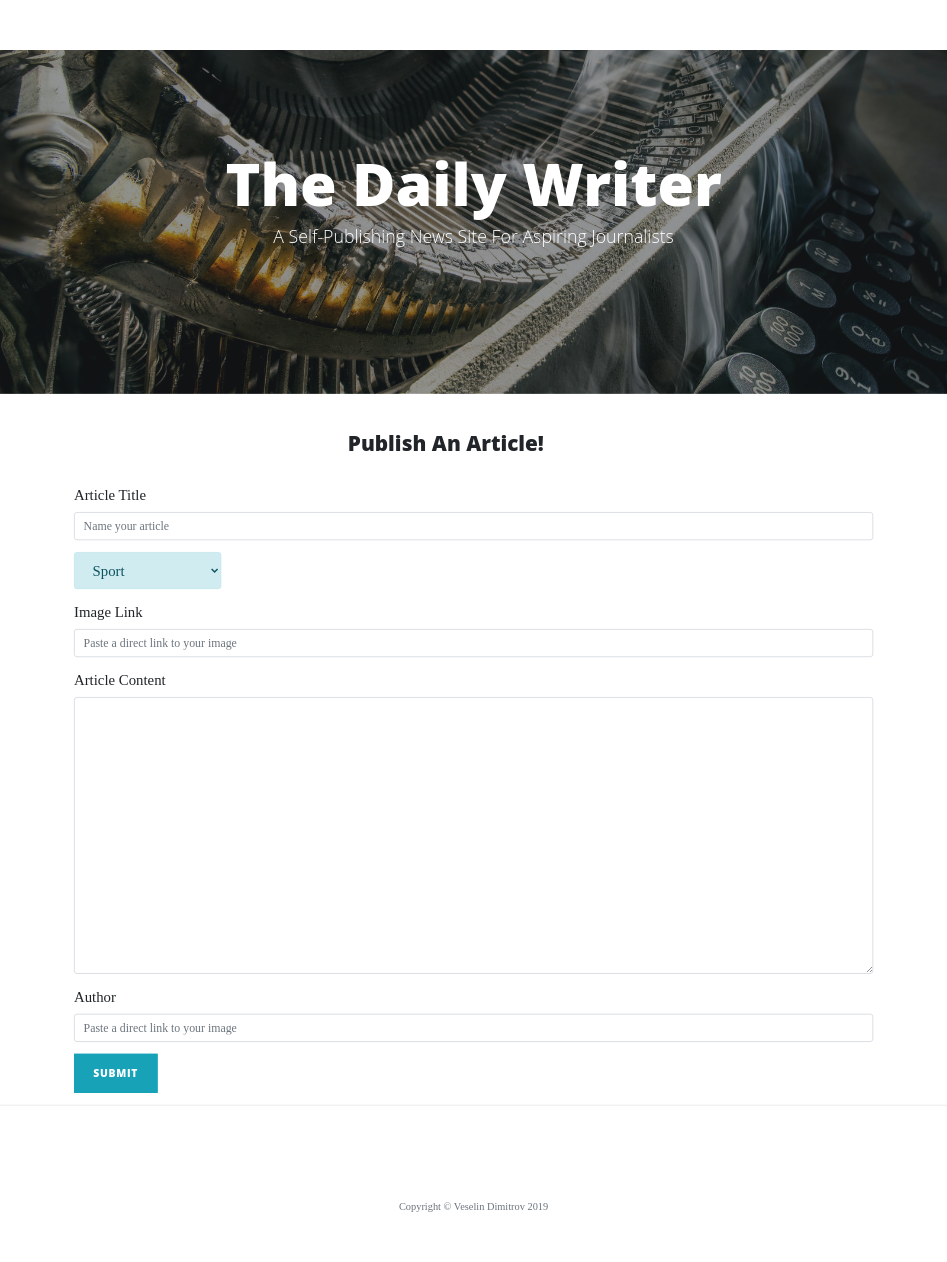
Repository: Vesss/Blog-Project
Page: http://localhost/post
The author's editor kept a record of every edit. The page is drawn from the files as they stood at one moment, then again after the next edit.
The browser window is 1280 px wide. The pictures show the whole page, at 74% of full size.
The page is served by the project's application, run on Flask 3 (app.py). Other server files are loaded and not shown.

Above is the page before.

### templates/post.html
{% extends 'base.html' %} {{ mongo.db.getCollectionNames() }} {% block content %}

<div class="container">
    <div class="row justify-content-center">
        <h3 class="col-sm-4">Publish An Article!</h3>
    </div>
</div>

<br />

<div class="container">
    <div class="row">
        <form action="" method="POST" class="col-sm-12">
            <div class="form-group">
                <label for="article">Article Title</label>
                <input type="text" class="form-control" placeholder="Name your article" name="title">
            </div>
            <!--<div class="dropdown form-group">-->
            <!--    <button class="btn btn-secondary dropdown-toggle" type="button" id="dropdownMenuButton" data-toggle="dropdown" aria-haspopup="true" aria-expanded="false">Category</button>-->
            <!--    <div class="dropdown-menu" aria-labelledby="dropdownMenuButton" id="category" name="category">-->
            <!--        <option class="dropdown-item" disabled>Select a category</option>-->
            <!--        <option name="sport">Sport</option>-->
            <!--        <option name="general_news">General News</option>-->
            <!--        <option name="health">Health</option>-->
            <!--        <option name="technology">Technology</option>-->
            <!--        <option name="fashion">Fashion</option>-->
            <!--    </div>-->
            <!--</div>-->

            <select name="category" class="alert alert-info">
                <option class="dropdown-item" disabled>Select a category</option>
                <option value="sport">Sport</option>
                <option value="general_news">General News</option>
                <option value="health">Health</option>
                <option value="technology">Technology</option>
                <option value="fashion">Fashion</option>
            </select>

            <div class="form-group">
                <label for="image">Image Link</label>
                <input type="text" class="form-control" placeholder="Paste a direct link to your image" name="url">
            </div>
            <div class="form-group">
                <label for="exampleFormControlTextarea1">Article Content</label>
                <textarea class="form-control" id="exampleFormControlTextarea1" rows="15" name="content"></textarea>
            </div>
            <div class="form-group">
                <label for="image">Author</label>
                <input type="text" class="form-control" placeholder="Paste a direct link to your image" name="author">
            </div>
            <button type="submit" class="btn btn-info">Submit</button>
        </form>
    </div>
</div>
{% endblock %}

### templates/base.html
<!DOCTYPE html>
<html lang="en">
<head>
    <meta charset="UTF-8">
    <meta name="viewport" content="width=device-width, initial-scale=1.0">
    <meta http-equiv="X-UA-Compatible" content="ie=edge">
    <link rel="stylesheet" href="{{ url_for('static', filename='vendor/bootstrap/css/bootstrap.min.css') }}" type="text/css" />
    <link rel="stylesheet" href="{{ url_for('static', filename='css/clean-blog.min.css') }}" type="text/css" />
    <link rel="stylesheet" href="{{ url_for('static', filename='css/style.css') }}" type="text/css" />
    <title>The Daily Writer</title>
</head>
<body>
    <nav class="navbar navbar-expand-lg navbar-light fixed-top" id="mainNav">
    <div class="container">
      <a class="navbar-brand" href="{{ url_for('index') }}">The Daily Writer</a>
      <button class="navbar-toggler navbar-toggler-right" type="button" data-toggle="collapse" data-target="#navbarResponsive" aria-controls="navbarResponsive" aria-expanded="false" aria-label="Toggle navigation">
        Menu
        <i class="fas fa-bars"></i>
      </button>
      <div class="collapse navbar-collapse" id="navbarResponsive">
        <ul class="navbar-nav ml-auto">
          <li class="nav-item">
            <a class="nav-link" href="{{ url_for('index') }}">Home</a>
          </li>
          <li class="nav-item">
            <a class="nav-link" href="{{ url_for('about') }}">About</a>
          </li>
          <li class="nav-item">
            <a class="nav-link" href="{{ url_for('post') }}">Post</a>
          </li>
          <li class="nav-item">
            <a class="nav-link" href="{{ url_for('contact') }}">Contact Us</a>
          </li>
          <li class="nav-item">
            <a class="nav-link" href="{{ url_for('articles') }}">Articles</a>
          </li>
        </ul>
      </div>
    </div>
  </nav>

  <!-- Page Header -->
  <header class="masthead" style="background-image: url('{{ url_for('static', filename='img/the_engine_of_history.jpg') }}')">
    <div class="overlay"></div>
    <div class="container">
      <div class="row">
        <div class="col-lg-8 col-md-10 mx-auto">
          <div class="site-heading">
            <h1>The Daily Writer</h1>
            <span class="subheading">A Self-Publishing News Site For Aspiring Journalists</span>
          </div>
        </div>
      </div>
    </div>
  </header>

  <!-- Main Content -->
  <div class="container">

    {% block content %}
    {% endblock %}

  </div>

  <hr>

  <!-- Footer -->
  <footer>
    <div class="container">
      <div class="row">
        <div class="col-lg-8 col-md-10 mx-auto">
          <ul class="list-inline text-center">
            <li class="list-inline-item">
              <a href="#">
                <span class="fa-stack fa-lg">
                  <i class="fas fa-circle fa-stack-2x"></i>
                  <i class="fab fa-twitter fa-stack-1x fa-inverse"></i>
                </span>
              </a>
            </li>
            <li class="list-inline-item">
              <a href="#">
                <span class="fa-stack fa-lg">
                  <i class="fas fa-circle fa-stack-2x"></i>
                  <i class="fab fa-facebook-f fa-stack-1x fa-inverse"></i>
                </span>
              </a>
            </li>
            <li class="list-inline-item">
              <a href="#">
                <span class="fa-stack fa-lg">
                  <i class="fas fa-circle fa-stack-2x"></i>
                  <i class="fab fa-github fa-stack-1x fa-inverse"></i>
                </span>
              </a>
            </li>
          </ul>
          <p class="copyright text-muted">Copyright &copy; Veselin Dimitrov 2019</p>
        </div>
      </div>
    </div>
  </footer>

  <!-- Bootstrap core JavaScript -->
  <script src="{{ url_for('static', filename='vendor/jquery/jquery.min.js') }}"></script>
  <script src="{{ url_for('static', filename='vendor/bootstrap/js/bootstrap.bundle.min.js') }}"></script>

  <!-- Custom scripts for this template -->
  <script src="{{ url_for('static', filename='js/clean-blog.min.js') }}"></script>

</body>
</html>

### app.py
import os
from flask import Flask, render_template, redirect, request, url_for
from flask_pymongo import PyMongo
from bson.objectid import ObjectId
from flask_mail import Mail
from flask_mail import Message


app = Flask(__name__)

app.config["MONGO_DBNAME"] = "blog_project"
app.config["MONGO_URI"] = "mongodb+srv://root:maniac93@myfirstcluster-ilypv.mongodb.net/blog_project?retryWrites=true&w=majority"
app.config["DEBUG"] = True
app.config["TESTING"] = False
app.config["MAIL_SERVER"] = "smtp.gmail.com"
app.config["MAIL_PORT"] = 587
app.config["MAIL_USE_TLS"] = True
app.config["MAIL_USE_SSL"] = False
# app.config["MAIL_DEBUG"] = True
app.config["MAIL_USERNAME"] = None
app.config["MAIL_PASSWORD"] = None
app.config["MAIL_DEFAULT_SENDER"] = "blitzermann4@gmail.com"
app.config["MAIL_MAX_EMAILS"] = 5
app.config["MAIL_SUPPRESS_SEND"] = False
app.config["MAIL_ASCII_ATTACHMENTS"] = False

mail = Mail(app)

mongo = PyMongo(app)

@app.route("/")
def index():
    return render_template("index.html")

@app.route("/about")
def about():
    return render_template("about.html", about=mongo.db.about_information.find())

@app.route("/contact")
def contact():
    return render_template("contact.html")

@app.route("/post", methods=["GET", "POST"])
def post():
	if request.method == 'POST':
		#get all the data sent up
		data = request.form.to_dict()
		#print it out to see it got sent properly
		print(data)
		# will look at adding to database next if data is sent up ok

		# dict to store new entry to database
		# will need to use keys you have in collection .. i named them title category etc
		new_item = {
			'title': request.form.get('title'),
			'author': request.form.get('author'),
			'url': request.form.get('url'),
			'content': request.form.get('content')
		}
		print(new_item)
		# need to get the category so can create the database string below
		category=request.form.get('category')
		print("category", category)
		# this should insert into the right collection eg sport health
		# if not will have to use if statements or switch
		mongo.db[category].insert_one(new_item)

		return redirect('articles')
	else:
		return render_template('post.html')

# @app.route("/add_article")
# def add_article():

@app.route("/articles")
def articles():
    return render_template("articles.html")

@app.route("/sports_page")
def sports_page():
	return render_template("sports_page.html")

@app.route("/general_news_page")
def general_news_page():
	return render_template("general_news.html")

@app.route("/technology_page")
def technology_page():
	return render_template("technology_page.html")

@app.route("/fashion_page")
def fashion_page():
	return render_template("fashion_page.html")

@app.route("/health_page")
def health_page():
	return render_template("health_page.html")

@app.route("/send", methods=["GET", "POST"])
def send():
    msg = Message("Hi there", recipients=["ves.dimitrov121@gmail.com"])
    mail.send(msg)
    if request.method == "POST":
        return 'Form posted.'
    elif request.method == "GET":
        return render_template('contact.html')


if __name__ == "__main__":
    app.run(host=os.environ.get("IP"),
            port=int(os.environ.get("PORT")),
            debug=True)

### static/css/style.css
.contact-form{
    background:rgba(0,0,0, .3);
    color:white;
    margin-top: 100px;
    padding: 20px;
    box-shadow: 0px 0px 10px 3px grey;
}

hr {
    background: white;
}

Loaded but not shown: static/css/clean-blog.min.css (library); static/js/clean-blog.min.js (common file)

After the next edit:
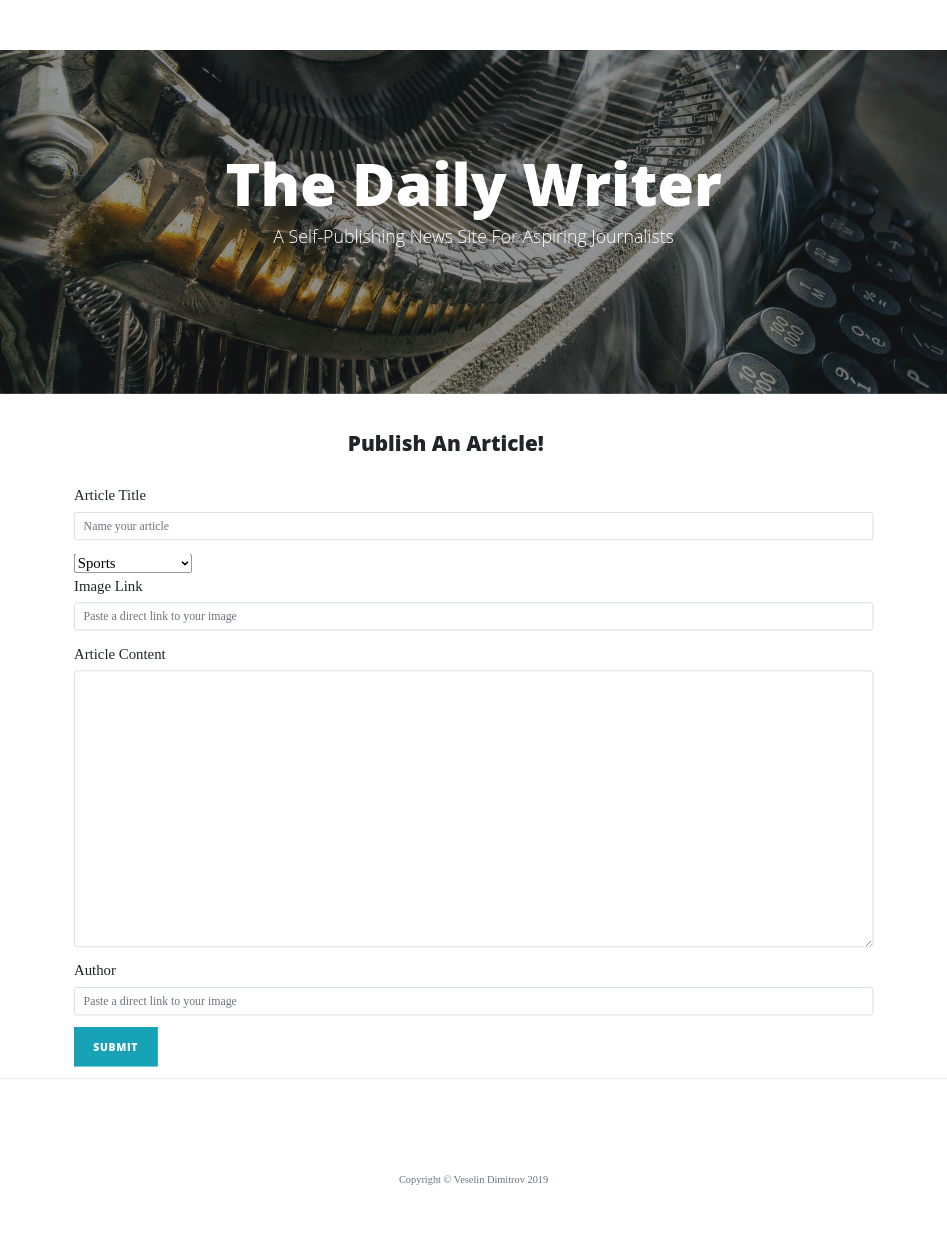
The edit:
--- a/templates/post.html
+++ b/templates/post.html
@@ -27,9 +27,9 @@
             <!--    </div>-->
             <!--</div>-->
 
-            <select name="category" class="alert alert-info">
+            <select name="category">
                 <option class="dropdown-item" disabled>Select a category</option>
-                <option value="sport">Sport</option>
+                <option value="sports">Sports</option>
                 <option value="general_news">General News</option>
                 <option value="health">Health</option>
                 <option value="technology">Technology</option>
